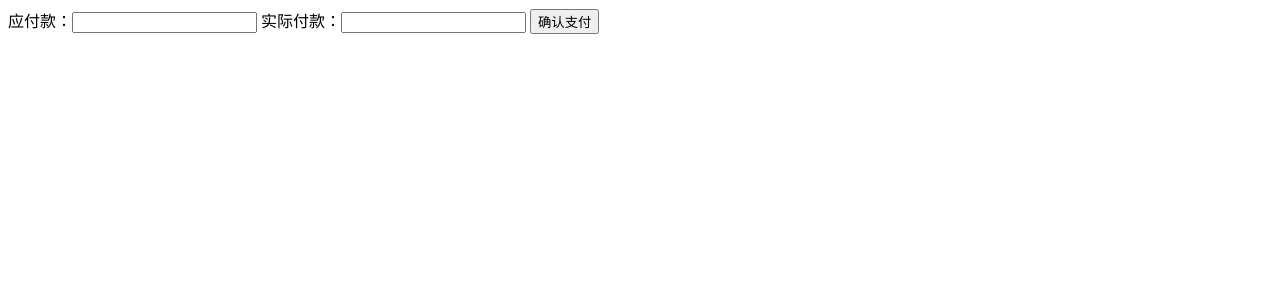
Repository: Matty-GCU/MyEclipse
Page: http://localhost/Java_Web_Learning/chapter05_JSP&form/homework/5.99.4checkoutCounter.jsp
An editor plug-in stored every save of this project. The page is shown before and after the next save, followed by the edit.
The browser window is 1280 px wide. The pictures show the whole page.
The page is served by Tomcat 9.

Above is the page before, as saved 2021-10-04 10:05:41.

### Java_Web_Learning/WebRoot/chapter05_JSP&form/homework/5.99.4checkoutCounter.jsp
<%@ page language="java" contentType="text/html; charset=UTF-8"
    pageEncoding="UTF-8"%>
<!DOCTYPE html PUBLIC "-//W3C//DTD HTML 4.01 Transitional//EN" "http://www.w3.org/TR/html4/loose.dtd">
<html>
	<head>
		<meta http-equiv="Content-Type" content="text/html; charset=UTF-8">
		<title>Insert title here</title>
	</head>
	<body>
		<form action="5.99checkoutCounter.jsp">
			应付款：<input type="text" name="">
			实际付款：<input type="text">
			<input type="submit" value="确认支付">
		</form>
		<%

		%>
	</body>
</html>

After the next save:
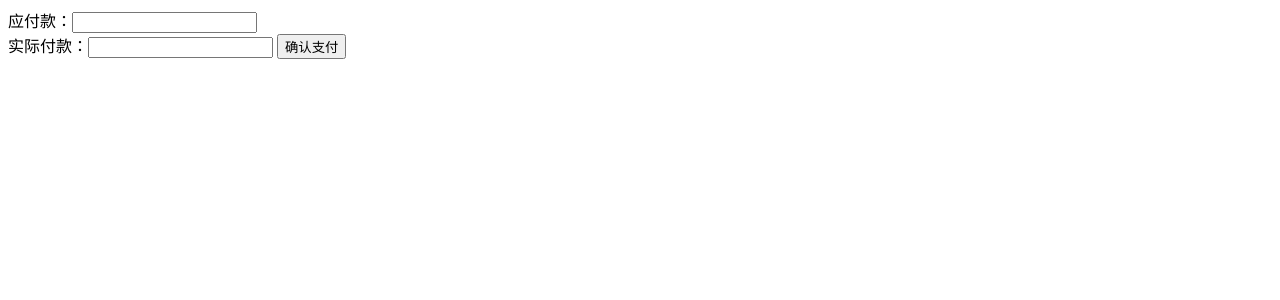
Saved 8 s later.
--- a/Java_Web_Learning/WebRoot/chapter05_JSP&form/homework/5.99.4checkoutCounter.jsp
+++ b/Java_Web_Learning/WebRoot/chapter05_JSP&form/homework/5.99.4checkoutCounter.jsp
@@ -8,7 +8,7 @@
 	</head>
 	<body>
 		<form action="5.99checkoutCounter.jsp">
-			应付款：<input type="text" name="">
+			应付款：<input type="text" name=""><br>
 			实际付款：<input type="text">
 			<input type="submit" value="确认支付">
 		</form>
